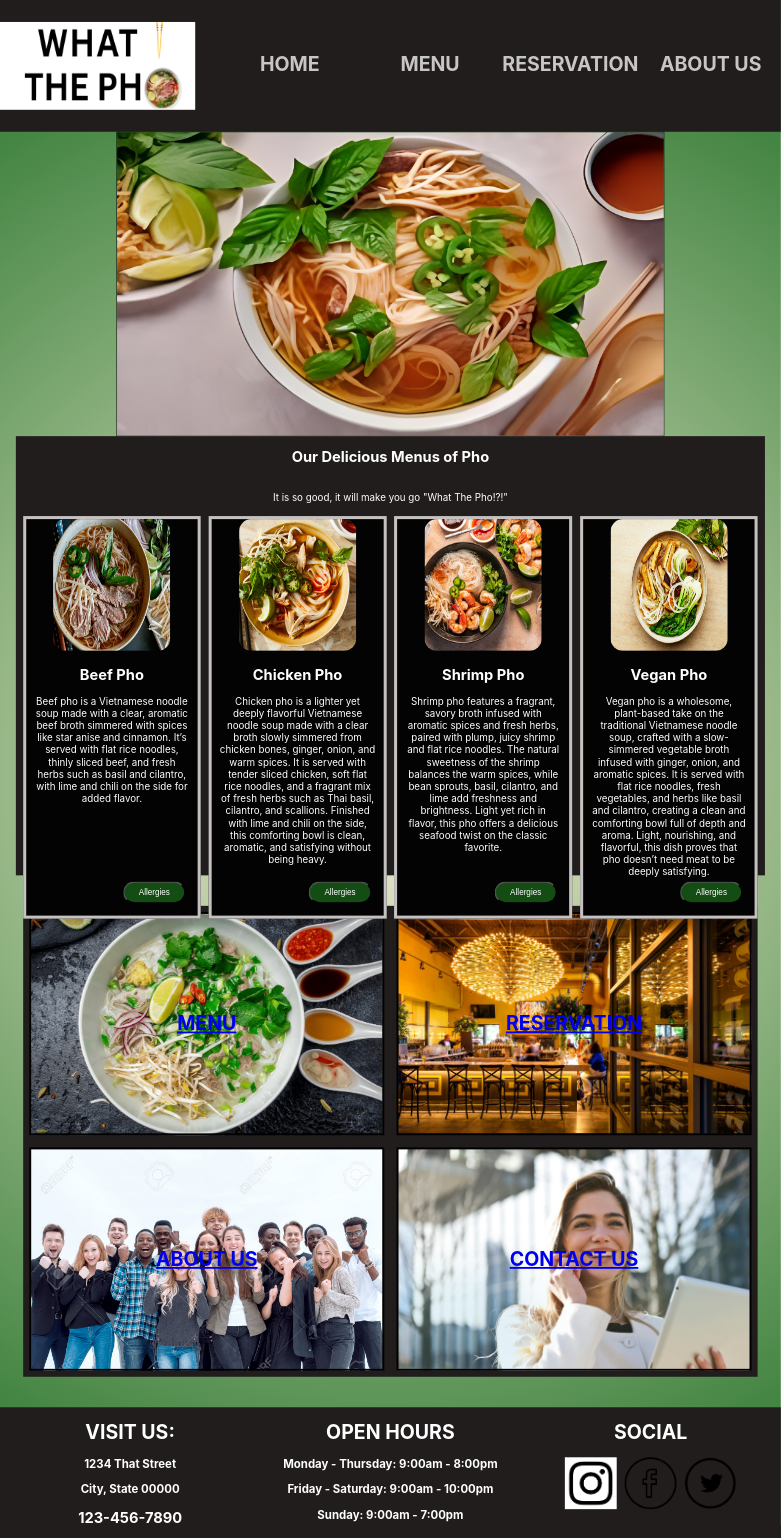
Repository: NguyenkhDang/Restaurant-Website
Page: /
These files come from the project's save history. The page is drawn as it stood at one moment and after the next save; the edit follows.
The browser window is 1280 px wide. The pictures show the whole page, at 61% of full size.
The project was rebuilt for these pictures with package versions that can differ from the ones it lists, and the page was loaded fresh each time. Also part of the build but not shown: src/Pages/MenuPage.js, src/CSS/ReservationForm.css, src/ReservationForm.js, src/Pages/ReservationPage.js, src/CSS/AboutUs.css, src/Pages/AboutUsPage.js, src/CSS/ContactUs.css, src/Pages/ContactUsPage.js.

Above is the page before, as saved 2026-01-18 22:55:33.

### src/index.js
import React from 'react';
import ReactDOM from 'react-dom/client';
import './index.css';
import App from './App';
import reportWebVitals from './reportWebVitals';
import { BrowserRouter } from "react-router-dom";


const root = ReactDOM.createRoot(document.getElementById("root"));
root.render(
  <BrowserRouter>
    <App />
  </BrowserRouter>
);

// If you want to start measuring performance in your app, pass a function
// to log results (for example: reportWebVitals(console.log))
// or send to an analytics endpoint. Learn more: https://bit.ly/CRA-vitals
reportWebVitals();

### src/App.js

import './App.css';

import NavigationBar from './NavigationBar';
import Footer from "./Footer"
import {Routes, Route} from "react-router-dom"



import HomePage from "./Pages/HomePage"
import MenuPage from "./Pages/MenuPage"
import ReservationPage from "./Pages/ReservationPage"
import AboutUsPage from "./Pages/AboutUsPage"
import ContactUsPage from "./Pages/ContactUsPage"

function App() {


  return (
    <div className="home">
      <NavigationBar />

      <Routes>
        <Route path="/" element={<HomePage />} />
        <Route path="/menu" element={<MenuPage />} />
        <Route path="/reservation" element={<ReservationPage />} />
        <Route path="/aboutUs" element={<AboutUsPage />} />
        <Route path="contactUs" element={<ContactUsPage />} />
      </Routes>

      <Footer />
  </div>
);
}

export default App;

### src/App.css
html{
  -ms-overflow-style: none;
  scrollbar-width: none;
}

.home {
  display: grid;
  margin: 0;
  padding: 0;

  background: radial-gradient(
    circle,
    rgba(245, 240, 213, 1) 0%,
    rgba(38, 115, 42, 1) 100%
  );
  place-items: center;
  text-align: center;
  color: white;
}


html::-webkit-scrollbar {
  display: none;
}

### src/NavigationBar.js
import "./CSS/NavigationBar.css"
import Logo from "./image/CustomLogo2.png"
import { Link } from "react-router-dom"
const NavigationBar = () =>{



  return (
    <div className="navbar">
      <div className="logoImage">
        <img src= {Logo} />
      </div>
      <div className="wholeNavBar">
        <ul>
          <li>
            <Link className="nav-link nav-link-fade-up" to="/">HOME</Link>
          </li>
          <li>
            <Link className="nav-link nav-link-fade-up" to="/menu">MENU</Link>
          </li>
          <li>
            <Link className="nav-link nav-link-fade-up" to="/reservation">RESERVATION</Link>
          </li>
          <li>
            <Link className="nav-link nav-link-fade-up" to="/aboutUs">ABOUT US</Link>
          </li>
        </ul>

      </div>
    </div>
  )


}

export default NavigationBar

### src/Footer.js
import "./CSS/Footer.css"
import InstagramIcon from "./image/instagramIcon.png"
import FacebookIcon from "./image/facebookIcon.png"
import TwitterIcon from "./image/twitterIcon.png"
const Footer = () =>{

  return(
    <div className="footer">
      <div>
        <h1>VISIT US:</h1>
        <h3>1234 That Street</h3>
        <h3>City, State 00000</h3>

        <h2>123-456-7890</h2>
      </div>
      <div>
        <h1>OPEN HOURS</h1>
        <h3>Monday - Thursday: 9:00am - 8:00pm</h3>
        <h3>Friday - Saturday: 9:00am - 10:00pm</h3>
        <h3>Sunday: 9:00am - 7:00pm</h3>
      </div>
      <div>
        <h1>SOCIAL</h1>
        <a href="https://www.instagram.com/" target="_blank"><img src={InstagramIcon}/></a>
        <a href="https://www.facebook.com/" target="_blank"><img src={FacebookIcon}/></a>
        <a href="https://x.com/" target="_blank"><img src={TwitterIcon}/></a>
      </div>

    </div>
  )

}

export default Footer

### src/Pages/HomePage.js
import BackgroundImage from "../image/pho.jpg"
import BeefPho from "../image/beefPho.png"
import ChickenPho from "../image/chickenPho.jpg"
import ShrimpPho from "../image/shrimpPho.png"
import VeganPho from "../image/veganPho.jpg"

import ReadMore from "../Readmore"
import SectionContainer from "../SectionContainer"
import '../CSS/Home.css';

const HomePage = () =>{
  return(
    <>
      <img
        src={BackgroundImage}
        style={{maxWidth: "70vw", height: "auto", border: "1px solid black"}}
        alt="Pho Photo"
        />


      <div className="menu">
        <h2>Our Delicious Menus of Pho</h2>
        <p>It is so good, it will make you go "What The Pho!?!"</p>
        <div className="foodContainer">
          <div>
            <ReadMore
            image={BeefPho}
            title="Beef Pho"
            description="Beef pho is a Vietnamese noodle soup made with a clear, aromatic beef broth simmered with spices like star anise and cinnamon. It’s served with flat rice noodles, thinly sliced beef, and fresh herbs such as basil and cilantro, with lime and chili on the side for added flavor."
            allergies={[
              "Soy: hoisin sauce, soy sauce",
              "Fish: fish sauce",
              "Gluten: possible in sauces",
              "Shellfish: may be present",
              "Spices: star anise, cinnamon, cloves"
            ]}
          />

          </div>
          <div>
            <ReadMore
            image={ChickenPho}
            title="Chicken Pho"
            description="Chicken pho is a lighter yet deeply flavorful Vietnamese noodle soup made with a clear broth slowly simmered from chicken bones, ginger, onion, and warm spices. It is served with tender sliced chicken, soft flat rice noodles, and a fragrant mix of fresh herbs such as Thai basil, cilantro, and scallions. Finished with lime and chili on the side, this comforting bowl is clean, aromatic, and satisfying without being heavy."
            allergies={[
              "Soy: sauces",
              "Fish: fish sauce",
              "Spices: ginger, coriander"
            ]}
          />
          </div>
          <div>
            <ReadMore
            image={ShrimpPho}
            title="Shrimp Pho"
            description="Shrimp pho features a fragrant, savory broth infused with aromatic spices and fresh herbs, paired with plump, juicy shrimp and flat rice noodles. The natural sweetness of the shrimp balances the warm spices, while bean sprouts, basil, cilantro, and lime add freshness and brightness. Light yet rich in flavor, this pho offers a delicious seafood twist on the classic favorite."
            allergies={[
              "Shellfish: shrimp",
              "Fish: fish sauce",
              "Soy: sauces"
            ]}
          />
          </div>
          <div>
            <ReadMore
            image={VeganPho}
            title="Vegan Pho"
            description="Vegan pho is a wholesome, plant-based take on the traditional Vietnamese noodle soup, crafted with a slow-simmered vegetable broth infused with ginger, onion, and aromatic spices. It is served with flat rice noodles, fresh vegetables, and herbs like basil and cilantro, creating a clean and comforting bowl full of depth and aroma. Light, nourishing, and flavorful, this dish proves that pho doesn’t need meat to be deeply satisfying."
            allergies={[
              "Soy: tofu, sauces",
              "Gluten: possible in sauces"
            ]}
          />
          </div>
        </div>
      </div>
      <SectionContainer />
    </>
  )
}
export default HomePage

### src/CSS/NavigationBar.css
.navbar{
  background-color: rgb(34, 29, 29);
  display: grid;
  grid-template-columns: 25% 75%;
  width: 100vw;
  height: 25vh;
  padding-top: 5vh;
}
.wholeNavBar{
  height: 10vh;
}

.logoImage img{
  height: 20vh;
  width: 25vw;
  object-fit: fill;
  object-position: center;
}

ul{
  align-items: center;
  list-style-type: none;
  display: grid;
  place-items: center;
  grid-template-columns: 1fr 1fr 1fr 1fr;
  margin-top: 7vh;
}
ul li a{
  padding: none;
  font-size: 2em;
  text-align: center;
}
ul li{
  padding: none;
}
.nav-link {
  font-weight: bold;
  font-size: 2em;
  text-decoration: none;
  color: #ffffff;
  display: inline-block;
  position: relative;
  opacity: 0.75;
  padding-bottom: 1px;
}

.nav-link:hover {
  opacity: 1;
}

.nav-link::before {
  transition: 300ms;
  height: 5px;
  content: "";
  position: absolute;
  background-color: #c1c7cf;
}
.nav-link-fade-up::before {
  width: 100%;
  bottom: 5px;
  opacity: 0;
}

.nav-link-fade-up:hover::before {
  bottom: 0px;
  opacity: 1;
}

### src/CSS/Footer.css
.footer{
  background-color: rgb(34, 29, 29);
  display: grid;
  grid-template-columns: repeat(3, 1fr);
  width: 100vw;
}

.footer img{
  width: 20%;
}

.footer a{
  margin: 0 0.5vw;
}

### src/Readmore.js
import { useState } from "react";
import "./CSS/Readmore.css"
function ReadMore({ image, title, description, allergies }) {
  const [showMore, setShowMore] = useState(false);

  return (
    <div className={`descriptionContainer ${showMore ? "isExpand ": ""}`}>
      <img src={image} style={{ width: "15vw", height: "30vh" }} alt={title} />

      <h2>{title}</h2>

      <p>
        {description}

        {showMore && (
          <ul className="list">
            {allergies.map((item, index) => (
              <li key={index}>{item}</li>
            ))}
          </ul>
        )}
      </p>

      <button className="btnShowMore" onClick={() => setShowMore(!showMore)}>
        {showMore ? "Close" : "Allergies"}
      </button>
    </div>
  );
}
export default ReadMore;

### src/SectionContainer.js
import "./CSS/SectionContainer.css"

import MenuImage from "./image/menuImage.jpg"
import ReservationImage from "./image/reservationImage.jpg"
import AboutUsImage from "./image/aboutusImage.jpg"
import ContactusImage from "./image/contactusImage.jpg"

import { Link } from "react-router-dom"
const SectionContainer = ()=>{

  return(
    <div className="containerMain">

      <Link to="/menu">
        <div style={{ backgroundImage: `url(${MenuImage})`}}>
          <h1>MENU</h1>
        </div>
      </Link>


      <Link to="/reservation">
        <div style={{ backgroundImage: `url(${ReservationImage})`}}>
          <h1>RESERVATION</h1>
        </div>
      </Link>

      <Link to="/aboutUs">
        <div style={{ backgroundImage: `url(${AboutUsImage})`}}>
          <h1>ABOUT US</h1>
        </div>
      </Link>

      <Link to="/contactUs">
        <div style={{ backgroundImage: `url(${ContactusImage})`}}>
          <h1>CONTACT US</h1>
        </div>
      </Link>
    </div>
  )
}

export default SectionContainer;

### src/CSS/Home.css
.menu {
  display: grid;
  grid-template-rows: repeat(3, 1fr);
  place-items: center;
  gap: 5px;

  width: 96vw;
  height: 100vh;
  margin: 0 2vw;

  background-color: rgb(34, 29, 29);
}

.foodContainer {
  display: grid;
  grid-template-columns: repeat(4, 1fr);
  place-items: center;
  height: auto;
  gap: 1vw;
  padding: 0;
}


#label{
  font-weight: bolder;
  font-size: 1.25em;
}

### src/CSS/Readmore.css
.descriptionContainer{
  display: block;
  width: 20vw;
  height: auto;
  min-height: 650px;
  padding-top: 2.5vh;
  position: relative;
  overflow: hidden;
  transition: all 0.5s ease-in-out;
  background-color: rgb(3, 3, 3);
  border: 5px solid rgb(197, 193, 193);
  padding: 0 1vw;
  margin-bottom: 50px ;
}
.descriptionContainer.isExpand{
  min-height: 720px;
}
.descriptionContainer img{
  width: 20%;
  height: 20%;
  border-radius: 20px;
}
.list{
  display: grid;
  grid-template-columns: repeat(1, 1fr);
}
.list li{
  height: auto;
  width: 70%;
}

.btnShowMore{
  background-color: rgb(19, 77, 19);
  position: absolute;
  bottom: 20px;
  right: 20px;
  height: 5vh;
  width: 8vw;
  border-radius: 50px ;
  color: white
}

### src/CSS/SectionContainer.css
.containerMain{
  display: grid;
  background-color: rgb(34, 29, 29);
  grid-template-columns: repeat(2, 1fr);
  grid-template-rows: repeat(2, 1fr);
  margin-top: 50px;
  margin-bottom: 50px;
}

.containerMain div{
  display: flex;
  justify-content: center;
  align-items: center;
  text-align: center;
  width: 45vw;
  height: 50vh;
  margin: 10px;

  background-size: cover;
  background-position: center;
  background-repeat: no-repeat;

  border: 3px solid black;
}
.containerMain div a{
  font-weight: bold;
  font-size: 2.5em;

  text-decoration: none;
}
.containerMain div h1:hover{
  background-color: black;
}
.containerMain a:hover{
  opacity: 0.5;
}

Loaded but not shown: public/index.html (common file); src/index.css (common file); src/reportWebVitals.js (common file)

After the next save:
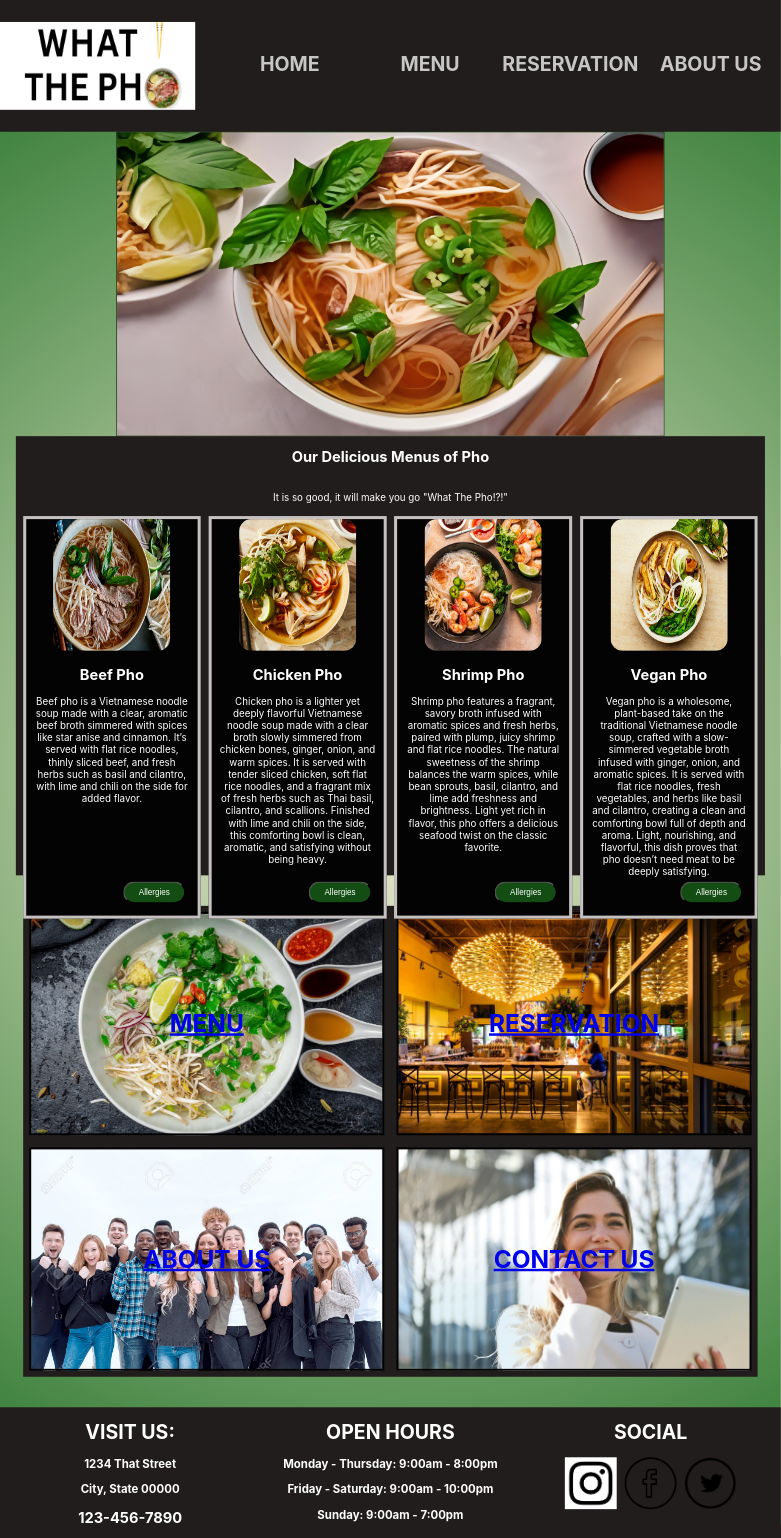
Saved 5 s later.
--- a/src/CSS/SectionContainer.css
+++ b/src/CSS/SectionContainer.css
@@ -22,7 +22,7 @@
 
   border: 3px solid black;
 }
-.containerMain div a{
+.containerMain div h1{
   font-weight: bold;
   font-size: 2.5em;
 
